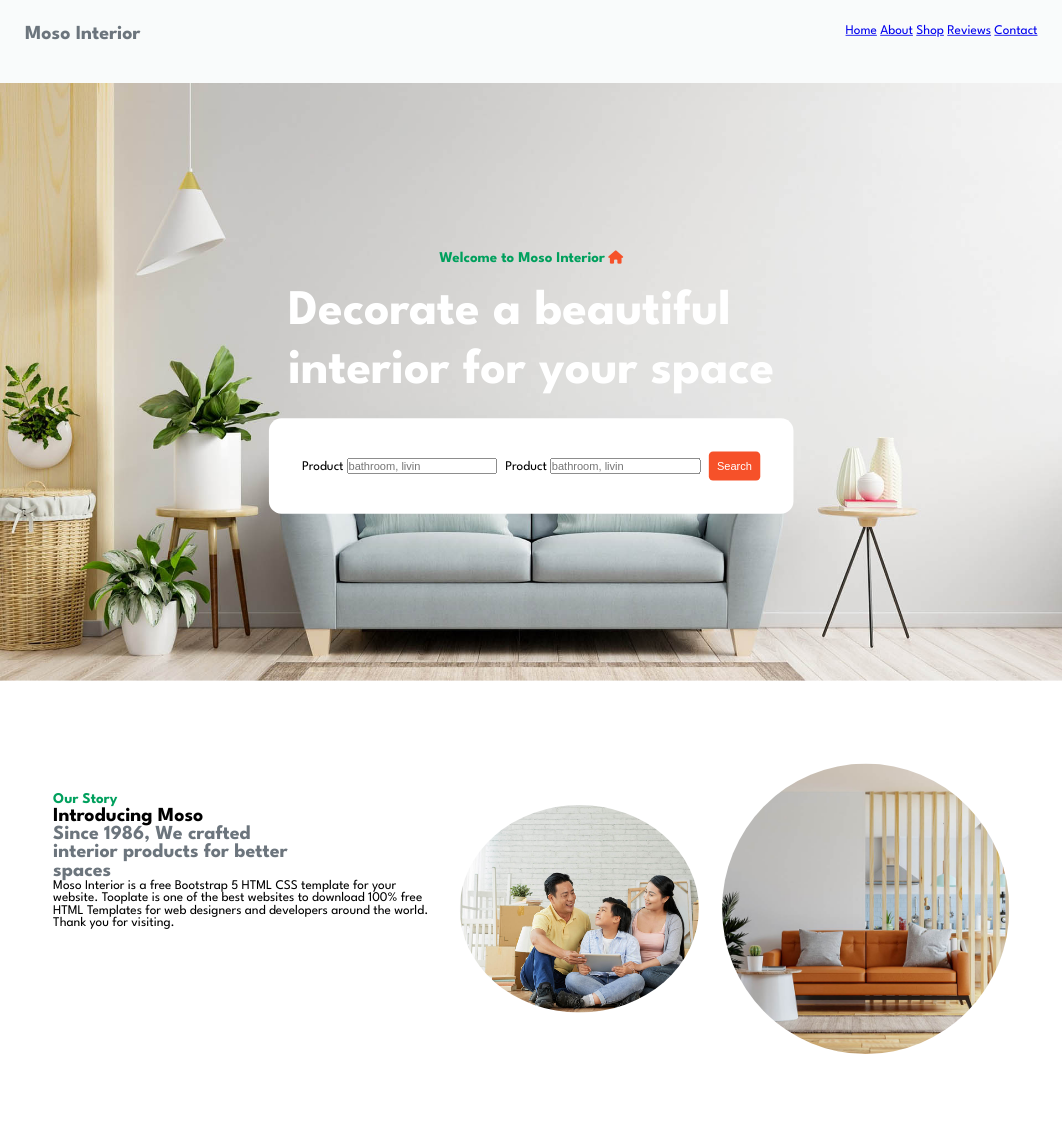
Repository: mariamnabil23/furniture
Page: index.html
These files come from the project's save history. The page is drawn as it stood at one moment and after a run of saves; the edit follows.
The browser window is 1280 px wide. The pictures show the whole page, at 83% of full size.
Some web fonts or font styles are not loaded; a fallback is used.

Above is the page before, as saved 2024-10-30 16:18:39.

### index.html
<!DOCTYPE html>
<html lang="en">

<head>
    <meta charset="UTF-8">
    <meta name="viewport" content="width=device-width, initial-scale=1.0">
    <title>Furnture</title>

    <!-- font awesome -->
    <link rel="stylesheet" href="https://cdnjs.cloudflare.com/ajax/libs/font-awesome/6.0.0-beta3/css/all.min.css">

    <!-- google font -->
    <link rel="preconnect" href="https://fonts.googleapis.com">
    <link rel="preconnect" href="https://fonts.gstatic.com" crossorigin>
    <link
        href="https://fonts.googleapis.com/css2?family=Anton&family=DM+Sans:ital,opsz,wght@0,9..40,100..1000;1,9..40,100..1000&family=Inter:wght@100..900&family=Karla:ital,wght@0,200..800;1,200..800&family=League+Spartan:wght@100..900&family=Montserrat:ital,wght@0,100..900;1,100..900&family=Nunito:ital,wght@0,200..1000;1,200..1000&family=Playwrite+GB+S:ital,wght@0,100..400;1,100..400&family=Saira+Semi+Condensed:wght@100;200;300;400;500;600;700;800;900&family=Sorts+Mill+Goudy:ital@0;1&family=Tajawal:wght@200;300;400;500;700;800;900&family=Work+Sans:ital,wght@0,100..900;1,100..900&family=Yellowtail&family=Zen+Dots&display=swap"
        rel="stylesheet">


    <link rel="stylesheet" href="style.css">
</head>

<body>
    <div class="container">
        <div class="navbar">
            <div class="left">
                <h2>Moso Interior</h2>
            </div>
            <div class="right">
                <ul>
                    <li><a href="#">Home</a></li>
                    <li><a href="#">About</a></li>
                    <li><a href="#">Shop</a></li>
                    <li><a href="#">Reviews</a></li>
                    <li><a href="#">Contact</a></li>
                </ul>
            </div>
        </div>

        <!-- home section -->
        <section class="home">
            <div class="content">
                <div class="top">
                    <h5>Welcome to Moso Interior</h5>
                    <i class="fas fa-home"></i>
                </div>
                <div class="middle">
                    <h1>Decorate a beautiful <br> interior for your space</h1>
                </div>
                <div class="bottom">
                    <div class="l">
                        <label>Product</label>
                        <input placeholder="bathroom, livin">
                    </div>
                    <div class="r">
                        <label>Product</label>
                        <input placeholder="bathroom, livin">
                    </div>
                    <div class="btn">
                        <button>Search</button>
                    </div>
                    <div class="down"><i class="fas fa-arrow"></i></div>
                </div>
            </div>
        </section>

        <!-- about section -->
        <section class="about">
            <div class="content">
                <div class="left">
                    <h5>Our Story</h5>
                    <h1>Introducing Moso</h1>
                    <h2>Since 1986, We crafted <br> interior products for better <br> spaces</h2>
                    <p>Moso Interior is a free Bootstrap 5 HTML CSS template for your website. Tooplate is one of the
                        best websites to download 100% free HTML Templates for web designers and developers around the
                        world. Thank you for visiting.</p>
                </div>
                <div class="middle">
                    <img src="/images/about1.jpg">
                </div>
                <div class="right">
                    <img src="/images/about2.jpg">
                </div>
            </div>
        </section>
    </div>
</body>

</html>

### style.css
@import url('https://fonts.googleapis.com/css2?family=Anton&family=DM+Sans:ital,opsz,wght@0,9..40,100..1000;1,9..40,100..1000&family=Inter:wght@100..900&family=Karla:ital,wght@0,200..800;1,200..800&family=League+Spartan:wght@100..900&family=Montserrat:ital,wght@0,100..900;1,100..900&family=Nunito:ital,wght@0,200..1000;1,200..1000&family=Playwrite+GB+S:ital,wght@0,100..400;1,100..400&family=Saira+Semi+Condensed:wght@100;200;300;400;500;600;700;800;900&family=Sorts+Mill+Goudy:ital@0;1&family=Tajawal:wght@200;300;400;500;700;800;900&family=Work+Sans:ital,wght@0,100..900;1,100..900&family=Yellowtail&family=Zen+Dots&display=swap');


*{
    box-sizing: border-box;
    padding: 0;
    margin: 0;
}
body{
    font-family: "League Spartan", sans-serif;
}
ul{
    list-style: none;
}

.navbar{
    width: 100%;
    height: 100px;
    background-color: rgb(249, 251, 251);
    padding: 30px;
}
.navbar .left{
    float: left;
    display: inline;
}
.navbar .right{
    float: right;
    display: inline;
}
.navbar .right ul li{
    display: inline;
}


/* home */
.home{
    width: 100%;
    height: 100vh;
    background-image: url("/images/home-bg-1.jpg");
    background-size: cover;
    display: flex;
    flex-direction: column;
    align-items: center;
    justify-content: center;
    align-items: center;
}
.home .content{
    display: flex;
    flex-direction: column;
    align-items: center;
    justify-content: center;
    align-items: center;
}
.home .top h5{
    display: inline;
    color: #00a05d;
    font-size: 18px;
}
.home .top i{
    color: #f65129;
}
.home .middle h1{
    color: white;
    font-size: 60px;
    margin: 20px 0;
    line-height: 1.2;
}
.home .bottom {
    background: white;
    border-radius: 15px;
    padding: 40px;
    display: flex;
}
.home .bottom .l,
.home .bottom .r{
    margin: auto;
}
.home .bottom .r,
.home .bottom .btn{
    padding-left: 10px;
}
.home .bottom button{
    background: #f65129;
    padding: 10px;
    color: white;
    border: none;
    border-radius: 5px;
}


/* about */

.about{

}
.about .content{
    display: flex;
    justify-content: space-between;
    align-items: center;
    width: 90%;
    margin: 100px auto;
}
.about .left{
    width: 40%;
    height: 280px;
}
.about .left h5{
    color: #00a05d;
    font-size: 18px;
}
.about .middle{
    width: 25%;
    height: 250px;
}
.about .middle img{
    width: 100%;
    height: 100%;
    object-fit: cover;
    border-radius: 100%;
}
.about .right{
    width: 30%;
    height: 350px;
}
.about .right img{
    width: 100%;
    height: 100%;
    object-fit: cover;
    border-radius: 100%;
}
h2{
    color: #6c757d;
}

After the next 2 saves:
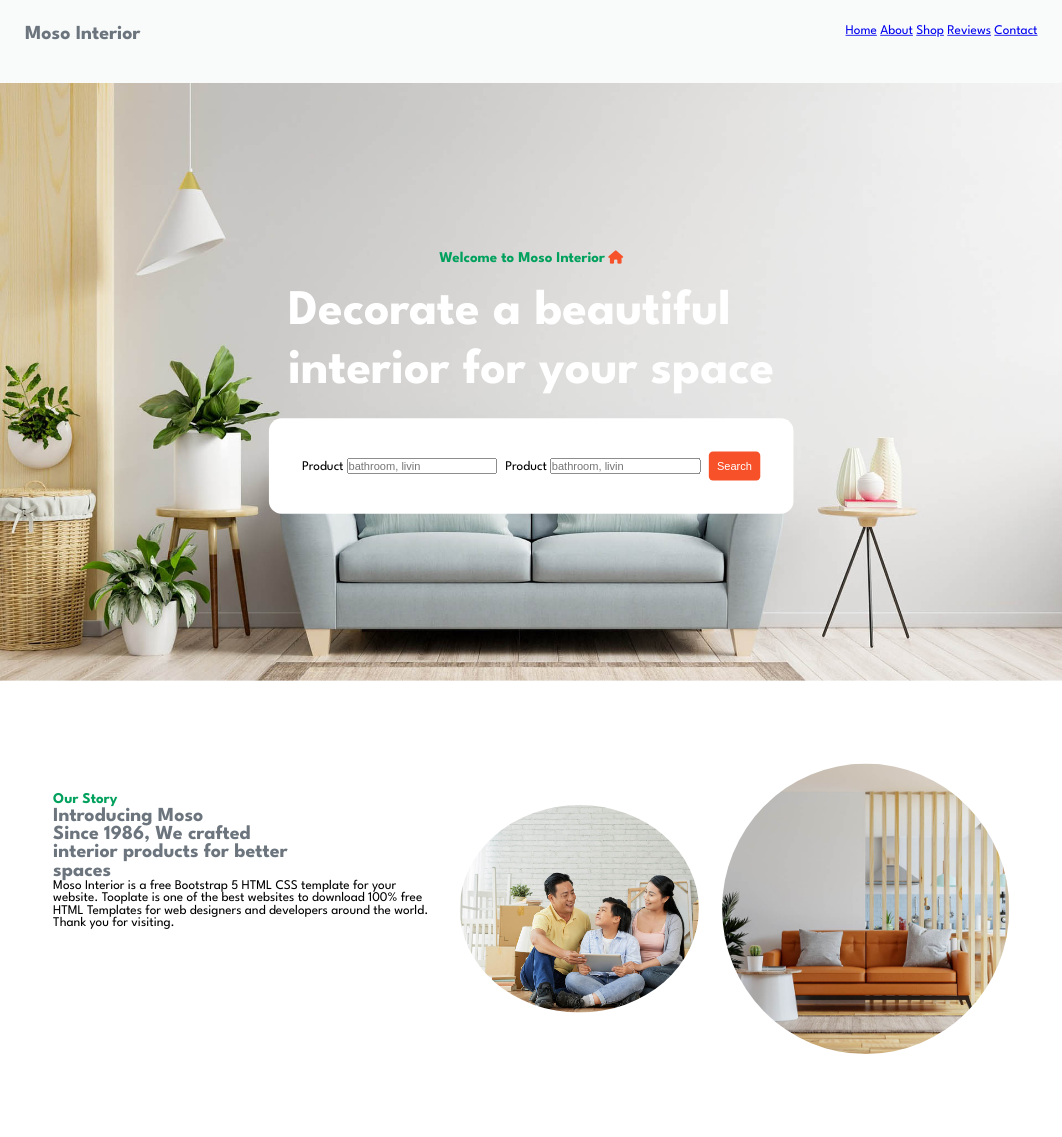
The 2 saves are shown as one change because they came seconds apart.
The last was saved 12 s later.
--- a/style.css
+++ b/style.css
@@ -128,6 +128,6 @@
     object-fit: cover;
     border-radius: 100%;
 }
-h2{
+h1, h2{
     color: #6c757d;
 }

After the save that followed:
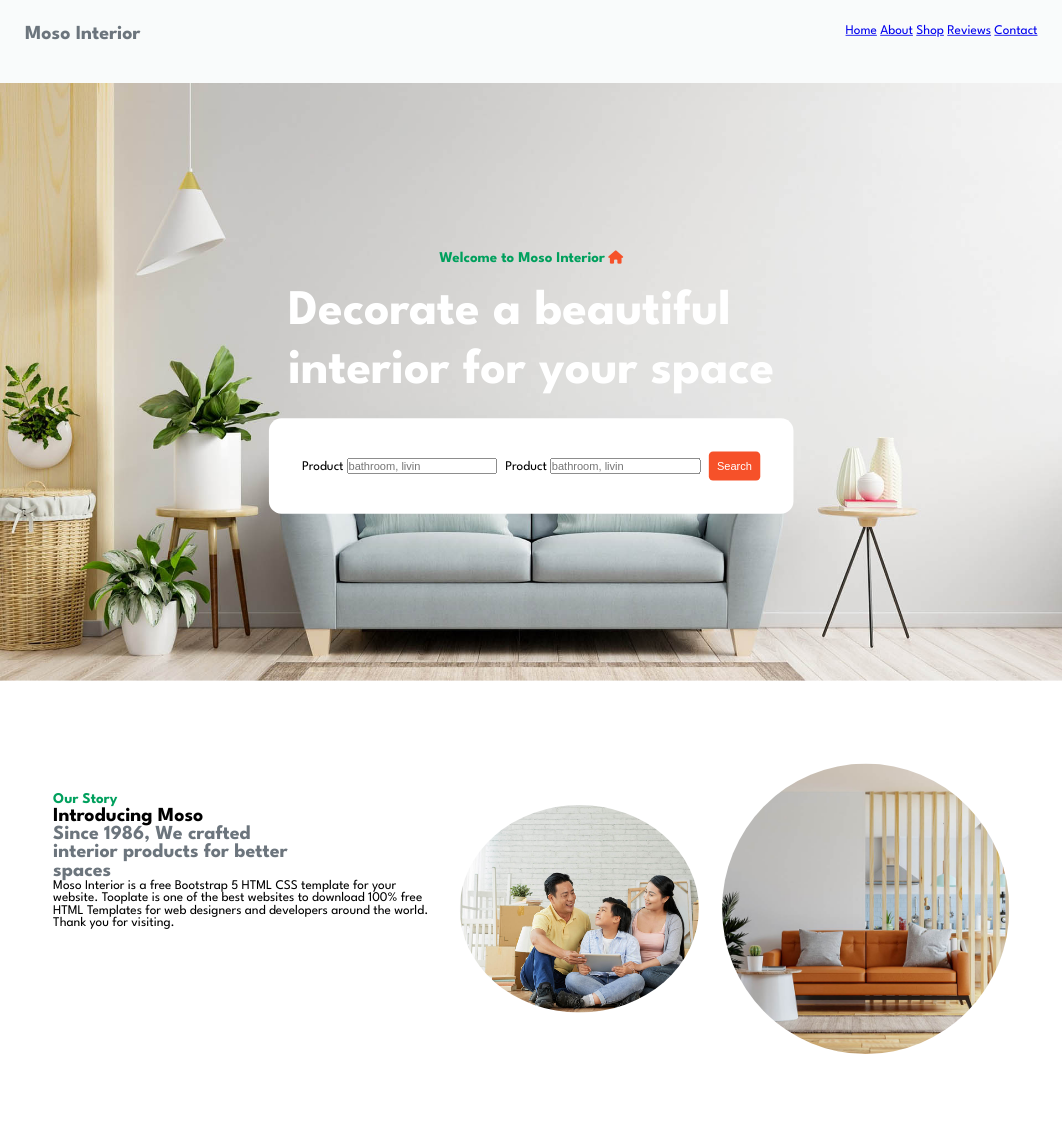
Saved 23 s later.
--- a/style.css
+++ b/style.css
@@ -128,6 +128,6 @@
     object-fit: cover;
     border-radius: 100%;
 }
-h1, h2{
+.about .h1, h2{
     color: #6c757d;
 }
